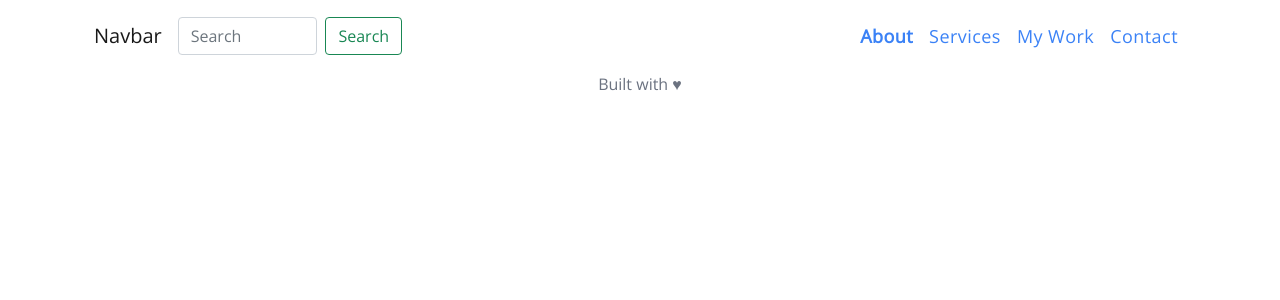
Repository: latenightsnacc/giggles
Page: HTML/search.html
An editor plug-in stored every save of this project. The page is shown before and after the next save, followed by the edit.
The browser window is 1280 px wide. The pictures show the whole page.
Some web libraries are served in a nearby version.

Above is the page before, as saved 2021-01-04 10:51:42.

### HTML/search.html
<!DOCTYPE html>
<html lang="en">
<head>
    <meta charset="UTF-8">
    <meta name="viewport" content="width=device-width, initial-scale=1.0">
    <link href="https://cdnjs.cloudflare.com/ajax/libs/tailwindcss/2.0.2/tailwind.min.css" rel="stylesheet">
    <link rel="stylesheet" href="https://stackpath.bootstrapcdn.com/font-awesome/4.7.0/css/font-awesome.min.css" />
    <link href="https://cdn.jsdelivr.net/npm/bootstrap@5.0.0-beta1/dist/css/bootstrap.min.css" rel="stylesheet" integrity="sha384-giJF6kkoqNQ00vy+HMDP7azOuL0xtbfIcaT9wjKHr8RbDVddVHyTfAAsrekwKmP1" crossorigin="anonymous">
    <link rel="stylesheet" href="stylesheet.css">
    <title>Search Page</title>
</head>
<body class="overflow-x-hidden">
    <!--Navigation-->
    <header class="container">
        <nav class="navbar navbar-expand-lg navbar-light bg-white py-3">
            <div class="container-fluid">
              <a class="navbar-brand" href="search.html">Navbar</a>
              <button class="navbar-toggler" type="button" data-bs-toggle="collapse" data-bs-target="#navbarNavDropdown" aria-controls="navbarNavDropdown" aria-expanded="false" aria-label="Toggle navigation">
                <span class="navbar-toggler-icon"></span>
              </button>
              <form class="d-flex">
                <input class="form-control me-2" type="search" placeholder="Search" aria-label="Search">
                <button class="btn btn-outline-success" type="submit">Search</button>
              </form>
              <div class="collapse navbar-collapse" id="navbarNavDropdown">
                <ul class="navbar-nav ml-auto">
                  <li class="nav-item">
                    <a class="nav-link text-lg hover:underline hover:font-bold tracking-wide leading-5 active" aria-current="page" href="#">About</a>
                  </li>
                  <li class="nav-item">
                    <a class="nav-link text-lg hover:underline hover:font-bold tracking-wide leading-5" href="#">Services</a>
                  </li>
                  <li class="nav-item">
                    <a class="nav-link text-lg hover:underline hover:font-bold tracking-wide leading-5" href="#">My Work</a>
                  </li>
                  <li class="nav-item">
                    <a class="nav-link text-lg hover:underline hover:font-bold tracking-wide leading-5" href="#">Contact</a>
                  </li>
                </ul>
              </div>
            </div>
        </nav>
    </header>
    <main>
    </main>
    <footer class="text-center text-l text-blue-500 font-semibold">

        <p class="text-gray-500">Built with &hearts;</p>

    <script src="https://cdn.jsdelivr.net/npm/bootstrap@5.0.0-beta1/dist/js/bootstrap.bundle.min.js" integrity="sha384-ygbV9kiqUc6oa4msXn9868pTtWMgiQaeYH7/t7LECLbyPA2x65Kgf80OJFdroafW" crossorigin="anonymous"></script>

</body>
</html>

### HTML/stylesheet.css
@import url('https://fonts.googleapis.com/css2?family=Montserrat:wght@400;700&family=Open+Sans:wght@300;400&display=swap');

h1, h2, h3, h4, h5, h6 {
    font-family: 'Montserrat', sans-serif;
}
.user-info h1 {
    line-height: 60px;
    font-size: 50px;
    font-weight: 700;
    margin-top: 20px;
}
.user-info h2 {
    line-height: 27px;
    font-size: 18px;
    font-weight: 400;
    margin-top: 15px;
}
.user-info span {
    line-height: 36px;
    font-size: 30px;
    font-weight: 600;
}
.user-info p {
    margin: 5px 0;
}
.user-info button {
    margin-top: 10px;
}
p, div, a, button {
    font-family: 'Open Sans', sans-serif;
    font-weight: 300;
}

.work-experience .row:hover .text {
    border:2px solid  #3b82f6;

}
.work-experience .row:hover .flex .no {
    border:1px solid #3b82f6;

}
.nav-link {
    color: #3b82f6 !important;
}
.nav-item .active{
    font-weight: 600;
}

After the next save:
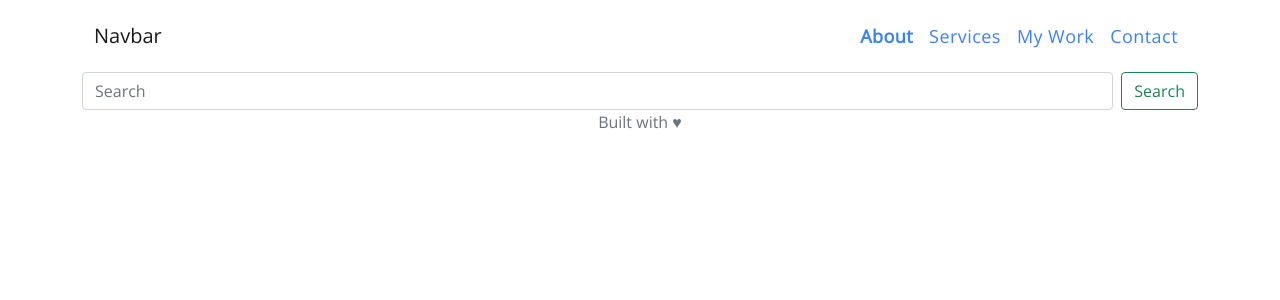
Saved 99 s later.
--- a/HTML/search.html
+++ b/HTML/search.html
@@ -14,34 +14,36 @@
     <header class="container">
         <nav class="navbar navbar-expand-lg navbar-light bg-white py-3">
             <div class="container-fluid">
-              <a class="navbar-brand" href="search.html">Navbar</a>
-              <button class="navbar-toggler" type="button" data-bs-toggle="collapse" data-bs-target="#navbarNavDropdown" aria-controls="navbarNavDropdown" aria-expanded="false" aria-label="Toggle navigation">
-                <span class="navbar-toggler-icon"></span>
-              </button>
-              <form class="d-flex">
-                <input class="form-control me-2" type="search" placeholder="Search" aria-label="Search">
-                <button class="btn btn-outline-success" type="submit">Search</button>
-              </form>
-              <div class="collapse navbar-collapse" id="navbarNavDropdown">
-                <ul class="navbar-nav ml-auto">
-                  <li class="nav-item">
-                    <a class="nav-link text-lg hover:underline hover:font-bold tracking-wide leading-5 active" aria-current="page" href="#">About</a>
-                  </li>
-                  <li class="nav-item">
-                    <a class="nav-link text-lg hover:underline hover:font-bold tracking-wide leading-5" href="#">Services</a>
-                  </li>
-                  <li class="nav-item">
-                    <a class="nav-link text-lg hover:underline hover:font-bold tracking-wide leading-5" href="#">My Work</a>
-                  </li>
-                  <li class="nav-item">
-                    <a class="nav-link text-lg hover:underline hover:font-bold tracking-wide leading-5" href="#">Contact</a>
-                  </li>
-                </ul>
-              </div>
+                <a class="navbar-brand" href="search.html">Navbar</a>
+                <button class="navbar-toggler" type="button" data-bs-toggle="collapse" data-bs-target="#navbarNavDropdown" aria-controls="navbarNavDropdown" aria-expanded="false" aria-label="Toggle navigation">
+                    <span class="navbar-toggler-icon"></span>
+                </button>
+                <div class="collapse navbar-collapse" id="navbarNavDropdown">
+                    <ul class="navbar-nav ml-auto">
+                    <li class="nav-item">
+                        <a class="nav-link text-lg hover:underline hover:font-bold tracking-wide leading-5 active" aria-current="page" href="#">About</a>
+                    </li>
+                    <li class="nav-item">
+                        <a class="nav-link text-lg hover:underline hover:font-bold tracking-wide leading-5" href="#">Services</a>
+                    </li>
+                    <li class="nav-item">
+                        <a class="nav-link text-lg hover:underline hover:font-bold tracking-wide leading-5" href="#">My Work</a>
+                    </li>
+                    <li class="nav-item">
+                        <a class="nav-link text-lg hover:underline hover:font-bold tracking-wide leading-5" href="#">Contact</a>
+                    </li>
+                    </ul>
+                </div>
             </div>
         </nav>
     </header>
     <main>
+        <div class="container">
+            <form class="d-flex">
+                <input class="form-control me-2" type="search" placeholder="Search" aria-label="Search">
+                <button class="btn btn-outline-success" type="submit">Search</button>
+            </form>
+        </div>
     </main>
     <footer class="text-center text-l text-blue-500 font-semibold">
 
